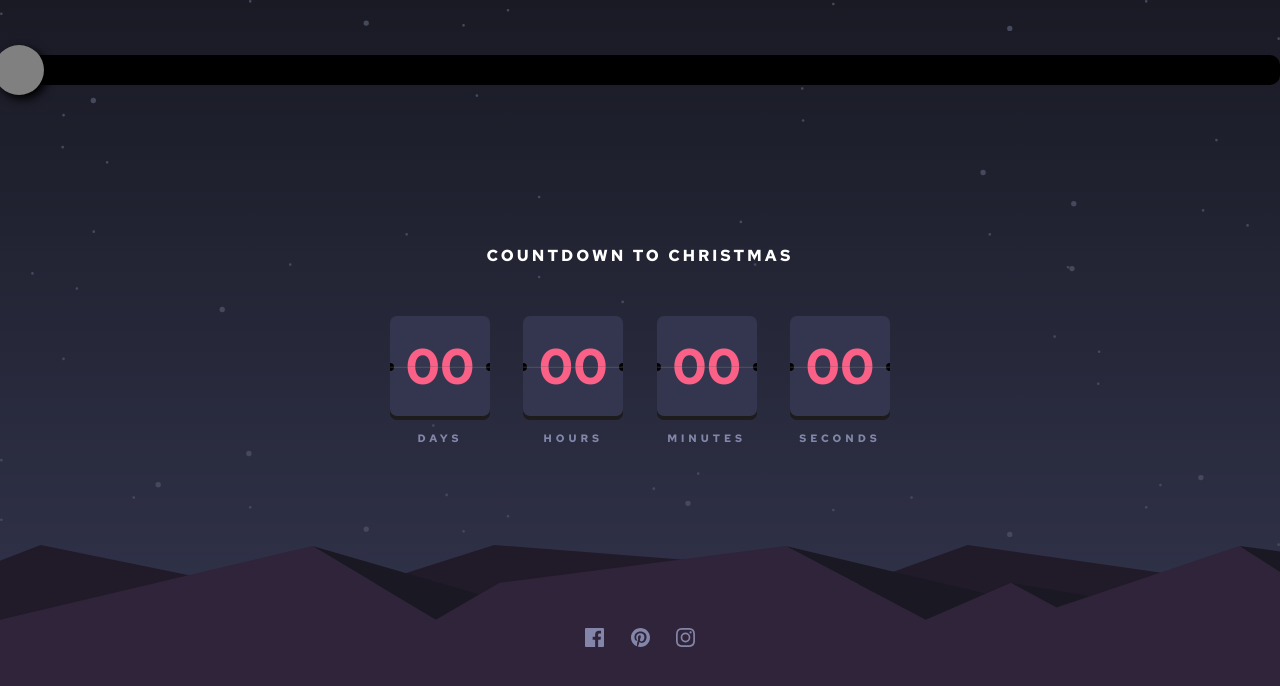
Repository: Eugene44-hub/countdown
Page: index.html
These files come from the project's save history. The page is drawn as it stood at one moment and after the next save; the edit follows.
The browser window is 1280 px wide. The pictures show the whole page.

Above is the page before, as saved 2021-09-13 02:38:29.

After the next save:
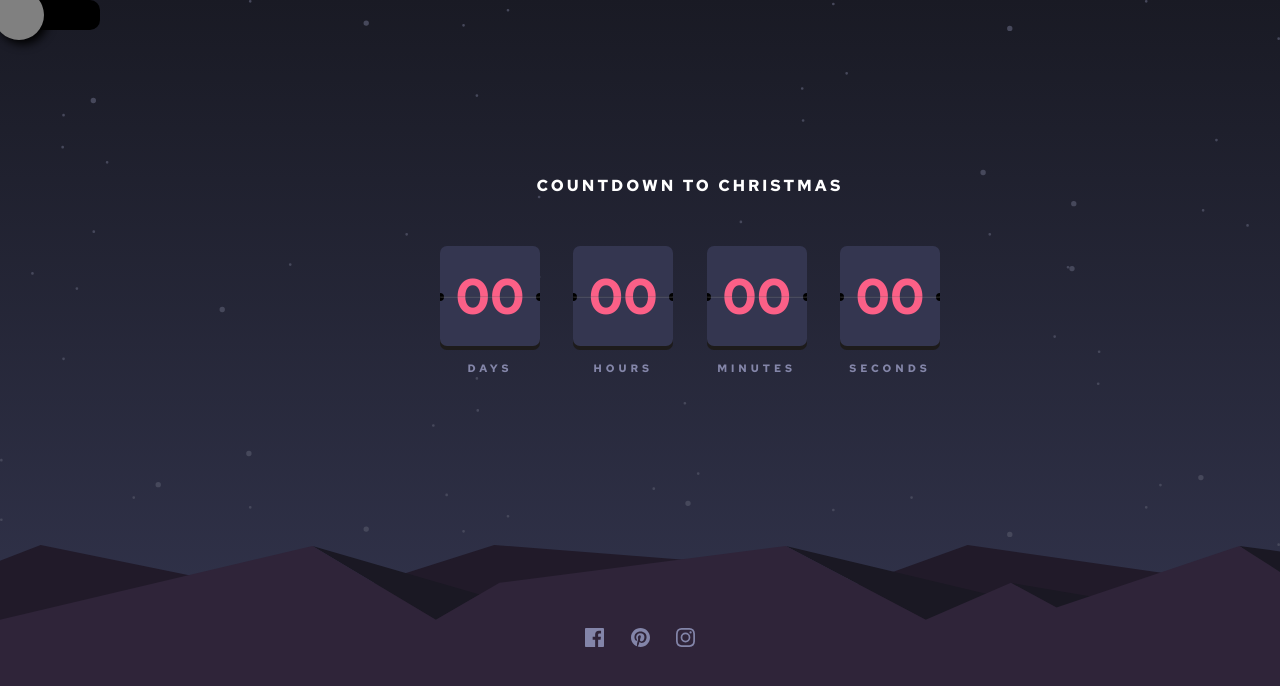
Saved 68 s later.
--- a/index.html
+++ b/index.html
@@ -11,7 +11,7 @@
 
 <body>
     <div class="container">
-        <div class="box col10">
+        <div class="box ">
             <div class="toggle"></div>
         </div>
 
